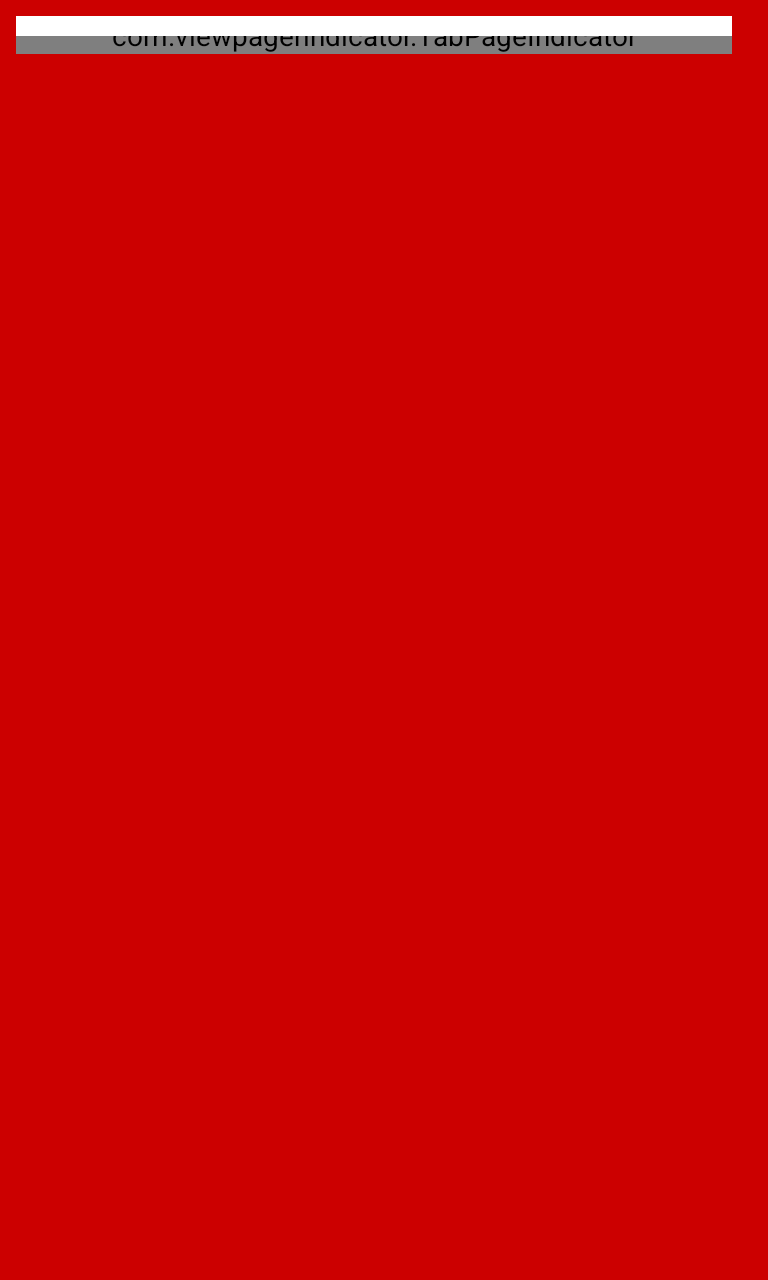
Repository: erwasambo/greendevelopment
Layout: GreenDevelopment/NASCuisine/res/layout/layout_patients_fragment.xml
An editor plug-in stored every save of this project. The layout is shown before and after the next save, followed by the edit.
Pictures or frames that could not be fetched are drawn as grey boxes. It is drawn on a 768 x 1280 px phone screen (xhdpi) without system bars, with theme AppTheme; the app's code is not run. Lists and similar views that code fills are empty.

Above is the layout before, as saved 2013-12-04 08:21:14.

### GreenDevelopment/NASCuisine/res/layout/layout_patients_fragment.xml
<?xml version="1.0" encoding="utf-8"?>
	<ScrollView xmlns:android="http://schemas.android.com/apk/res/android"
	    xmlns:tools="http://schemas.android.com/tools"
        android:id="@+id/ptr_scrollview"
        android:layout_width="match_parent"
        android:layout_height="match_parent"
        android:padding="8dp"
        android:scrollbarStyle="outsideInset"
         android:background="@color/purple">

	    <RelativeLayout

            android:layout_height="match_parent"
            android:layout_width="match_parent"
            android:orientation="vertical"
            android:background="@color/purple">


		    <com.viewpagerindicator.TabPageIndicator
		        android:id="@+id/indicator"
		        android:layout_height="fill_parent"
		        android:layout_width="fill_parent"
		        android:color="@color/black"
		        />
		    <android.support.v4.view.ViewPager
		        android:id="@+id/pager"
		        android:layout_width="fill_parent"
		        android:layout_height="10dp"
		        android:layout_weight="1"
		        android:background="@color/white"
		        />

             <!-- Create and load listview
             <com.nas.cuisine.StaggeredGridView
		        android:id="@+id/staggeredGridView1"
		         xmlns:staggered="http://schemas.android.com/apk/res-auto"
		        staggered:numColumns="2"
		        staggered:drawSelectorOnTop="true"
		        android:layout_width="match_parent"
		        android:layout_height="match_parent" />   -->
        </RelativeLayout>
    </ScrollView>

### GreenDevelopment/NASCuisine/res/values/colors.xml
<?xml version="1.0" encoding="utf-8"?>

<!--
  ~ Copyright 2013 Chris Banes
  ~
  ~ Licensed under the Apache License, Version 2.0 (the "License");
  ~ you may not use this file except in compliance with the License.
  ~ You may obtain a copy of the License at
  ~
  ~     http://www.apache.org/licenses/LICENSE-2.0
  ~
  ~ Unless required by applicable law or agreed to in writing, software
  ~ distributed under the License is distributed on an "AS IS" BASIS,
  ~ WITHOUT WARRANTIES OR CONDITIONS OF ANY KIND, either express or implied.
  ~ See the License for the specific language governing permissions and
  ~ limitations under the License.
  <color name="black">#FF000000</color>
  -->

<resources>
     <color name="white">#FFFFFF</color>
	 <color name="canvas">#CC0000</color>
		<color name="bar">#CC0000</color>
     <color name="black">#FF000000</color>
     <color name="purple">#CC0000</color>
    <color name="holo_dark_green">@color/purple</color>
	<color name="default_progress_bar_color">@color/white</color>
	 <color name="abs__background_holo_dark">@color/purple</color>
    <color name="abs__background_holo_light">@color/purple</color>
    <color name="abs__bright_foreground_holo_dark">@color/purple</color>
    <color name="abs__bright_foreground_holo_light">@color/purple</color>
    <color name="abs__bright_foreground_disabled_holo_dark">@color/purple</color>
    <color name="abs__bright_foreground_disabled_holo_light">@color/purple</color>
</resources>

Loaded but not shown: GreenDevelopment/NASCuisine/res/values/styles.xml (common file); GreenDevelopment/NASCuisine/res/values-v11/styles.xml (common file); GreenDevelopment/NASCuisine/res/values-v14/styles.xml (common file)

After the next save:
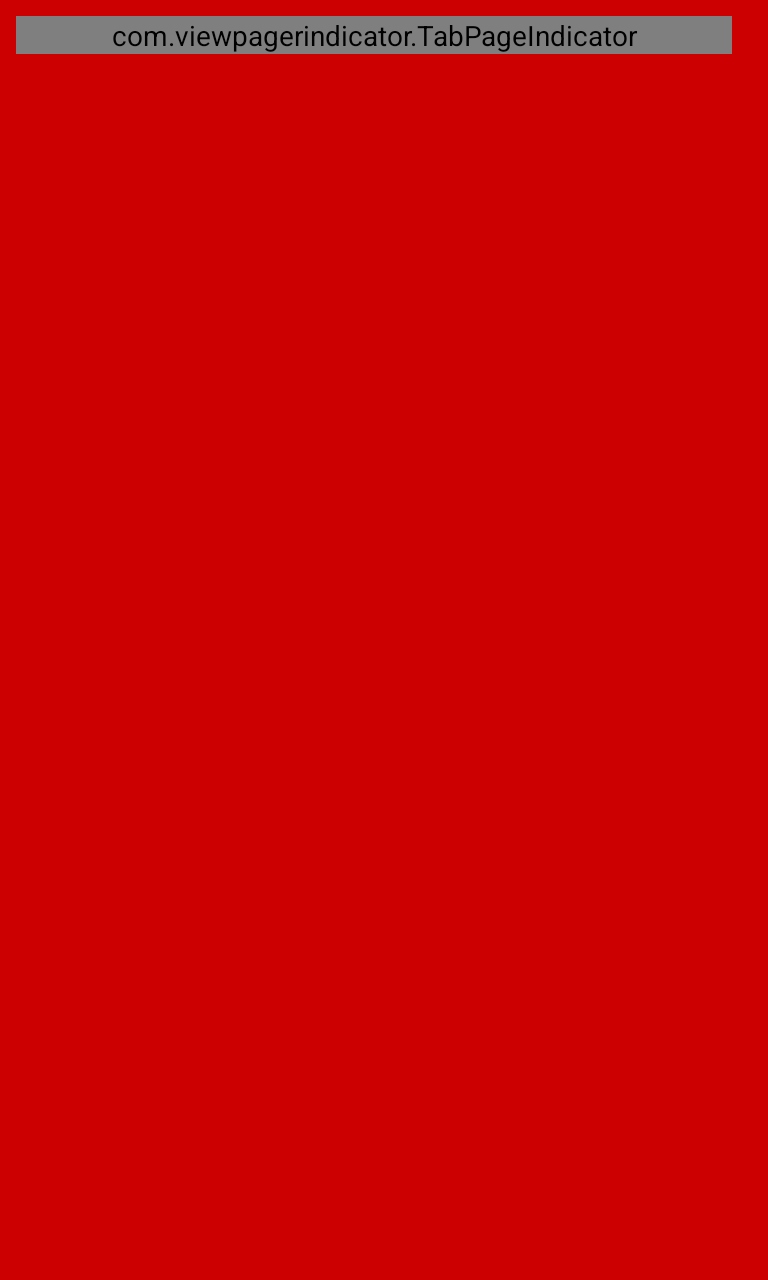
Saved 5 s later.
--- a/GreenDevelopment/NASCuisine/res/layout/layout_patients_fragment.xml
+++ b/GreenDevelopment/NASCuisine/res/layout/layout_patients_fragment.xml
@@ -25,7 +25,7 @@
 		    <android.support.v4.view.ViewPager
 		        android:id="@+id/pager"
 		        android:layout_width="fill_parent"
-		        android:layout_height="10dp"
+		        android:layout_height="0dp"
 		        android:layout_weight="1"
 		        android:background="@color/white"
 		        />
